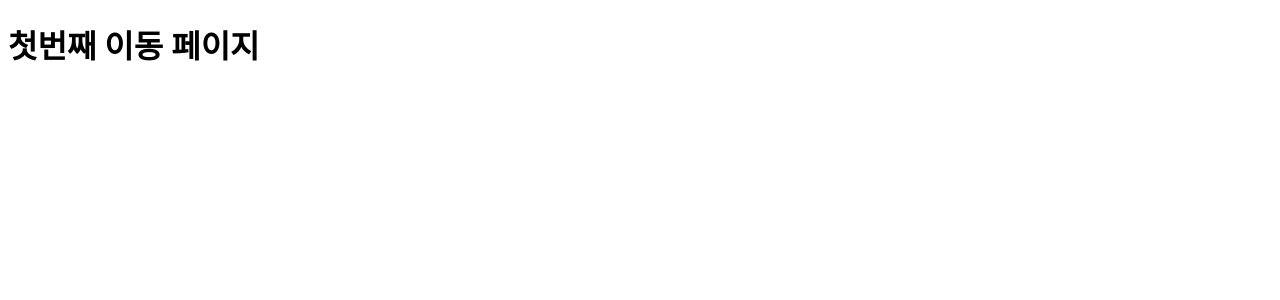
Repository: MY-MOM-IS-ALIEN/sts3
Page: http://localhost/spring-first/first
An editor plug-in stored every save of this project. The page is shown before and after the next save, followed by the edit.
The browser window is 1280 px wide. The pictures show the whole page.
The page is served by Tomcat 9. Other server files are loaded and not shown.

Above is the page before, as saved 2024-02-01 04:57:41.

### spring-first/src/main/webapp/WEB-INF/views/first.jsp
<%@ page language="java" contentType="text/html; charset=UTF-8"
    pageEncoding="UTF-8"%>
<!DOCTYPE html>
<html>
<head>
<meta charset="UTF-8">
<title>Insert title here</title>
</head>
<body>
<h1>첫번째 이동 페이지</h1>
</body>
</html>

After the next save:
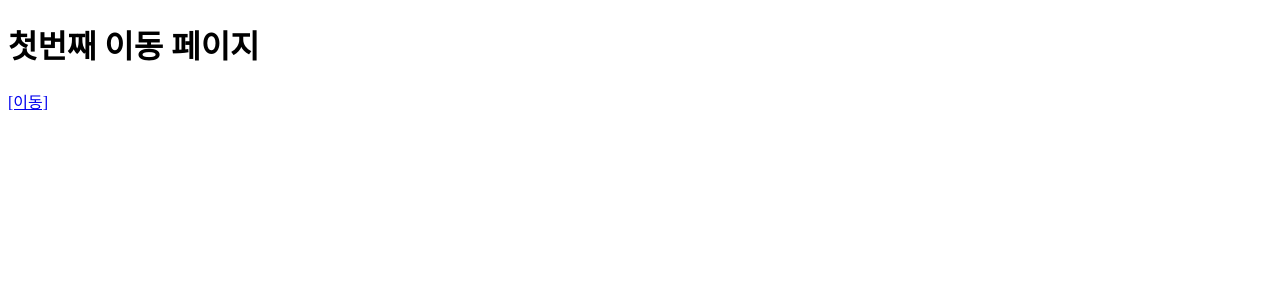
Saved 33 min 59 s later.
--- a/spring-first/src/main/webapp/WEB-INF/views/first.jsp
+++ b/spring-first/src/main/webapp/WEB-INF/views/first.jsp
@@ -1,5 +1,5 @@
 <%@ page language="java" contentType="text/html; charset=UTF-8"
-    pageEncoding="UTF-8"%>
+	pageEncoding="UTF-8"%>
 <!DOCTYPE html>
 <html>
 <head>
@@ -7,6 +7,7 @@
 <title>Insert title here</title>
 </head>
 <body>
-<h1>첫번째 이동 페이지</h1>
+	<h1>첫번째 이동 페이지</h1>
+	<a href="second">[이동]</a>
 </body>
 </html>
